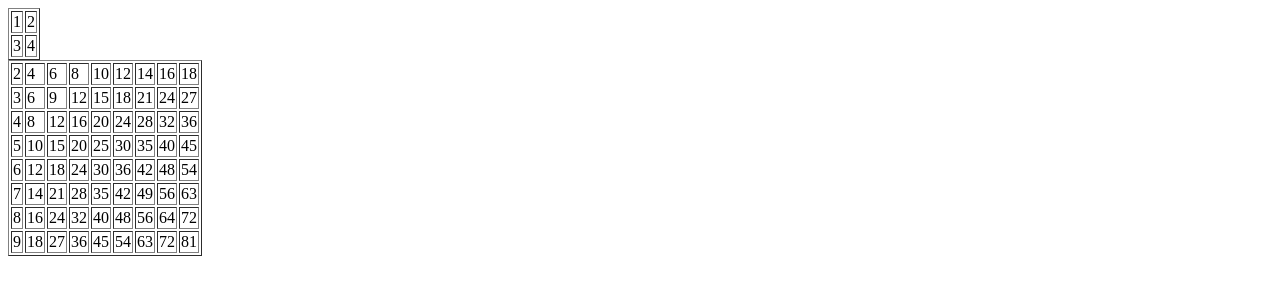
Repository: kvmhyvmvn/Study_JspServlet
Page: http://localhost/03.Tag/01.Script/Ex04For.jsp
These files come from the project's save history. The page is drawn as it stood at one moment and after the next save; the edit follows.
The browser window is 1280 px wide. The pictures show the whole page.
The page is served by Tomcat 9.

Above is the page before, as saved 2023-05-19 02:24:52.

### WorkSpace/03.Tag/src/main/webapp/01.Script/Ex04For.jsp
<%@ page language="java" contentType="text/html; charset=UTF-8"
    pageEncoding="UTF-8"%>
<!DOCTYPE html>
<html>
<head>
<meta charset="UTF-8">
<title>Insert title here</title>
</head>
<body>
	<table border = 1px solid black>
		<tr>
			<td>1</td>
			<td>2</td>
		</tr>
		<tr>
			<td>3</td>
			<td>4</td>
		</tr>
	</table>

	<table border = 1px solid black>
	<% for(int i=2; i<=9; i++) {%>
	<tr>
		<%for(int j=1; j<=9; j++) {%>
			<td><%=i*j%></td>
		<%}%>
	</tr>
	<%}%>
	</table>
</body>
</html>

After the next save:
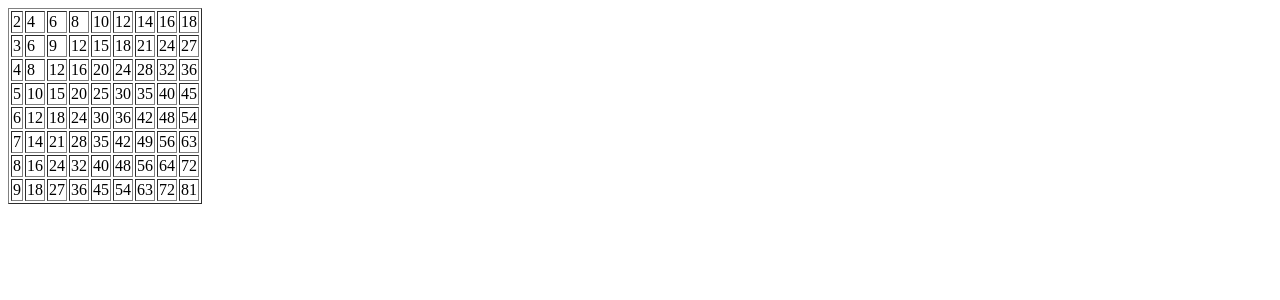
Saved 19 s later.
--- a/WorkSpace/03.Tag/src/main/webapp/01.Script/Ex04For.jsp
+++ b/WorkSpace/03.Tag/src/main/webapp/01.Script/Ex04For.jsp
@@ -7,17 +7,6 @@
 <title>Insert title here</title>
 </head>
 <body>
-	<table border = 1px solid black>
-		<tr>
-			<td>1</td>
-			<td>2</td>
-		</tr>
-		<tr>
-			<td>3</td>
-			<td>4</td>
-		</tr>
-	</table>
-
 	<table border = 1px solid black>
 	<% for(int i=2; i<=9; i++) {%>
 	<tr>
